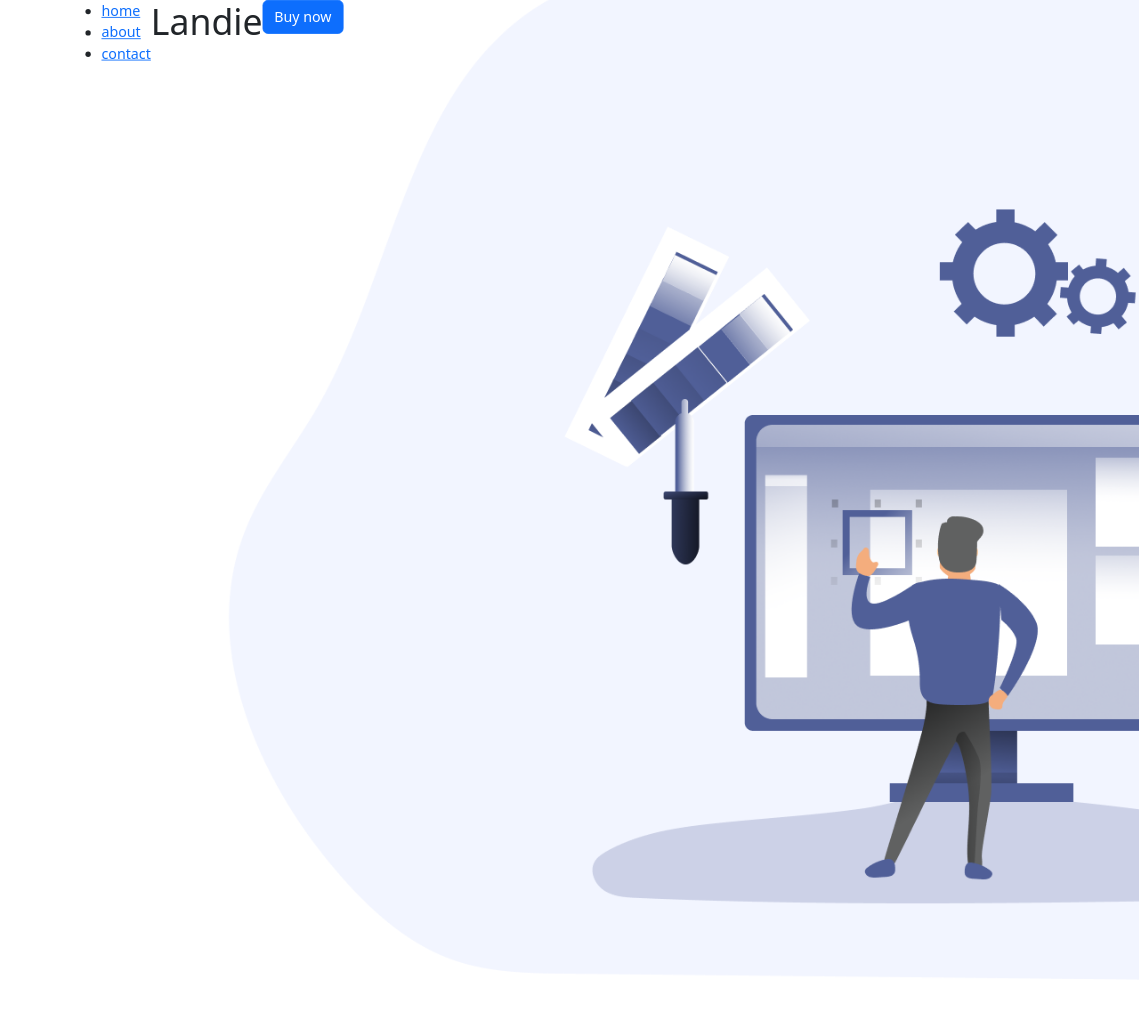
Repository: batonAnton/HW-Lec12-sass-pug
Page: index.html
An editor plug-in stored every save of this project. The page is shown before and after the next save, followed by the edit.
The browser window is 1280 px wide. The pictures show the whole page, at 89% of full size.
The style sheet was rebuilt from its Sass, Less or Tailwind sources for each picture, by a compiler version that may differ from the author's.

Above is the page before, as saved 2022-07-28 15:41:05.

### index.html
<!DOCTYPE html>
<html lang="en">
<head>
    <meta charset="UTF-8">
    <meta http-equiv="X-UA-Compatible" content="IE=edge">
    <meta name="viewport" content="width=device-width, initial-scale=1.0">
    <title>HW12 Saas</title>
    <link rel="preconnect" href="https://fonts.googleapis.com">
    <link rel="preconnect" href="https://fonts.gstatic.com" crossorigin>
    <link href="https://fonts.googleapis.com/css2?family=Roboto&display=swap" rel="stylesheet">
    <link href="https://cdn.jsdelivr.net/npm/bootstrap@5.2.0/dist/css/bootstrap.min.css" rel="stylesheet" integrity="sha384-gH2yIJqKdNHPEq0n4Mqa/HGKIhSkIHeL5AyhkYV8i59U5AR6csBvApHHNl/vI1Bx" crossorigin="anonymous">
    <link rel="stylesheet" href="css/style.css">
</head>
<body>
    <header>
        <div class="container">
            <div class="wrapper">
                <nav>
                    <div class="navigation">
                        <ul>
                            <li>
                                <a href="">home</a>
                            </li>
                            <li>
                                <a href="">about</a>
                            </li>
                            <li>
                                <a href="">contact</a>
                            </li>
                        </ul>
                        <div class="logo">
                            <h1>Landie</h1>
                        </div>
                        <div class="button">
                            <button type="button" class="btn btn-primary">Buy now</button>
                        </div>
                    </div>
                </nav>
            </div>
        </div>
    </header>
</body>
</html>

### css/style.scss
$primary: #091133;
*{
    box-sizing: border-box;
}
header{
    width: 100%;
    height: 1160px;
    background-image: url(../image/header/header-bg.png);
    background-position: 100% -20%;
    background-repeat: no-repeat;
}

.navigation{
    display: inline-flex;
}

After the next save:
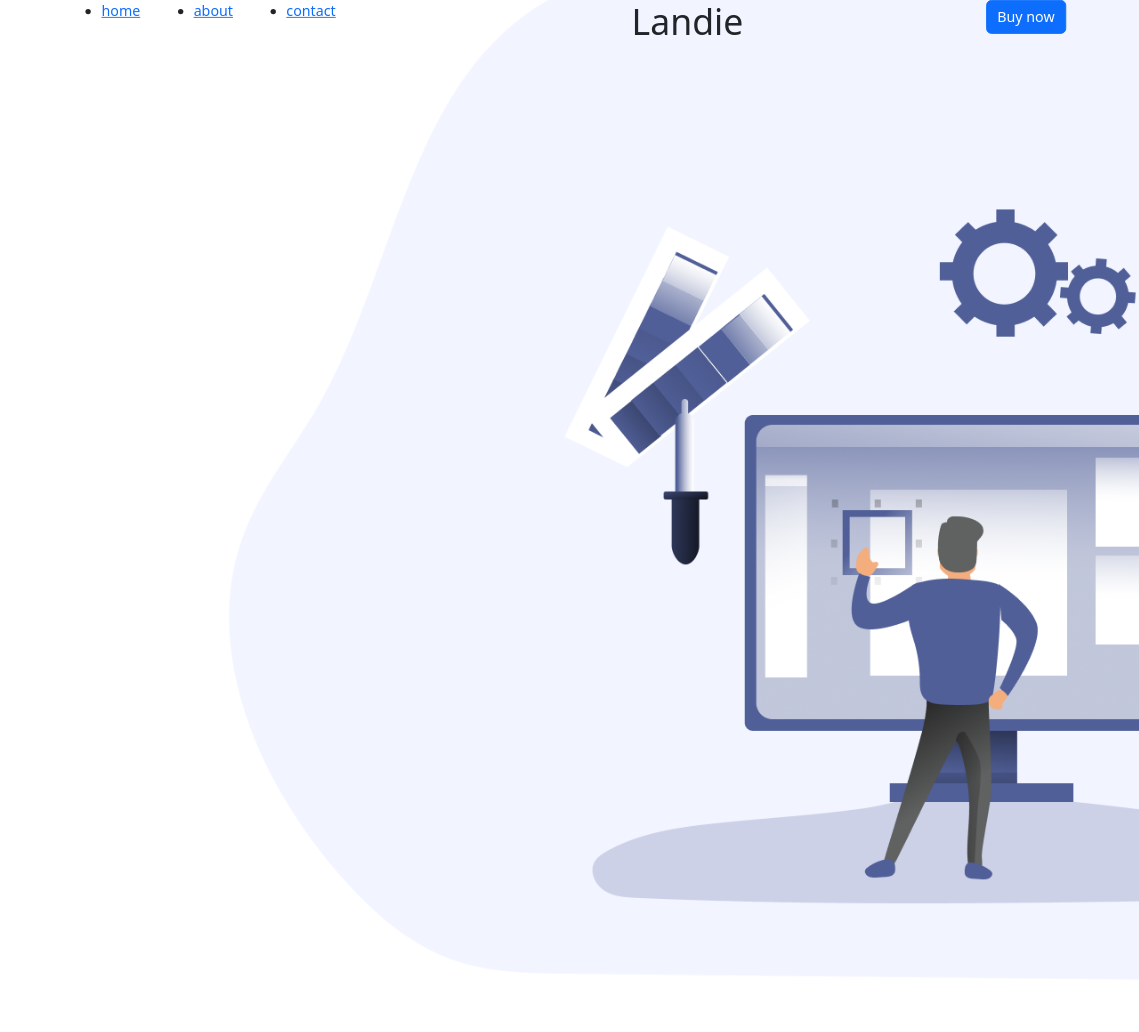
Saved 2 min 10 s later.
--- a/css/style.scss
+++ b/css/style.scss
@@ -8,8 +8,16 @@ header{
     background-image: url(../image/header/header-bg.png);
     background-position: 100% -20%;
     background-repeat: no-repeat;
+
+    .navigation{
+        display: flex;
+        justify-content: space-between;
+
+        ul{
+            display: inline-flex;
+            li{
+                margin-right: 60px;
+            }
+        }
+    }
 }
-
-.navigation{
-    display: inline-flex;
-}
